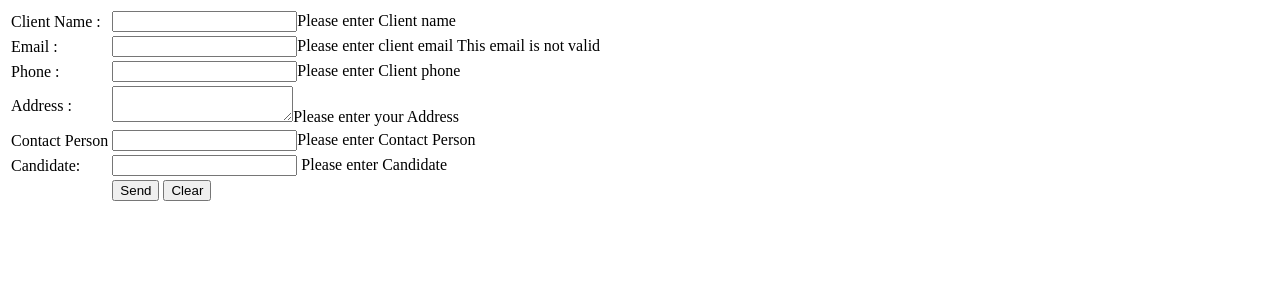
Repository: sosam29/CandidateTracking
Page: http://localhost/SimpleCandidateTrackingApp/addsubmission.jsp
These files come from the project's save history. The page is drawn as it stood at one moment and after the next save; the edit follows.
The browser window is 1280 px wide. The pictures show the whole page.
Some web libraries are served in a nearby version. The page is served by Tomcat 9. Other server files are loaded and not shown.

Above is the page before, as saved 2014-08-04 11:15:13.
Console error: SyntaxError: Unexpected token ')'

### SimpleCandidateTrackingApp/WebContent/addsubmission.jsp
<%@ page language="java" contentType="text/html; charset=UTF-8"
    pageEncoding="UTF-8"%>
<!DOCTYPE html PUBLIC "-//W3C//DTD HTML 4.01 Transitional//EN" "http://www.w3.org/TR/html4/loose.dtd">
<html>
<head>
<meta http-equiv="Content-Type" content="text/html; charset=UTF-8">
<title>Add Communication</title>
<script src="http://ajax.googleapis.com/ajax/libs/jquery/1.11.1/jquery.min.js"></script>
<script>
    $(document).ready(function() {
      $('.form_error').hide();
      $('#submit').click(function(){
           var name = $('#name').val();
           var email = $('#email').val();
           var phone = $('#phone').val();
           var candidate = $('#candidate').val();
           //var message = $('#message').val();
           if(name== ''){
              $('#name').next().show();
              return false;
            }
            if(email== ''){
               $('#email').next().show();
               return false;
            }
            if(IsEmail(email)==false){
                $('#invalid_email').show();
                return false;
            }
            if(candidate== ''){
                $('#candidate').next().show();
                return false;

            /*  if(phone== ''){
                $('#phone').next().show();
                return false;
            }
           if(message== ''){
                $('#message').next().show();
                return false;
            } */
            //ajax call php page
            $.post("savesubmission.jsp", $("#AddSubmission").serialize(),  function(response) {
            $('#AddSubmission').fadeOut('slow',function(){
            	//TODO: Comment this alert in production
            	alert('Data saved');
                /* $('#success').html('<b>candidate info saved.</d>');
                $('#success').fadeIn('slow'); */
            	$('#AddSubmission').each(function(){
                    this.reset();   //Here form fields will be cleared.
                });
            	$('#AddSubmission').fadeIn('fast');
               });

             });
             return false;
          });
      });
      function IsEmail(email) {
        var regex = /^([a-zA-Z0-9_\.\-\+])+\@(([a-zA-Z0-9\-])+\.)+([a-zA-Z0-9]{2,4})+$/;
        if(!regex.test(email)) {
           return false;
        }else{
        	 return true;
        }
      }
      </script>
</head>
<body>
	<form action="" method="post" id="AddSubmission">
		<table class="client-table">
			<tr>
				<td><label for="txtclientname">Client Name :</label></td>
				<td class="name"><input name="txtname" id="name" type="text"
					class="client-input"><span class="form_error">Please
						enter Client name</span></td>
			</tr>
			<tr>
				<td><label for="txtclientemail">Email :</label></td>
				<td class="email"><input name="txtclientemail" id="email"
					type="text" class="client-input"><span class="form_error">Please
						enter client email</span> <span class="form_error" id="invalid_email">This
						email is not valid</span></td>
			</tr>
			<tr>
				<td><label for="txtclientphone">Phone :</label></td>
				<td class="phone"><input name="txtclientphone" id="phone"
					type="text" class="client-input"><span class="form_error">Please
						enter Client phone</span></td>
			</tr>
			<tr>
				<td><label for="txtclientaddress">Address :</label></td>
				<td class="message"><textarea name="txtclientaddress"
						id="address" class="client-input"></textarea><span
					class="form_error">Please enter your Address</span></td>
			</tr>
			<!-- <tr>
				<td><label for="txtclientaddress2">Address2 :</label></td>
				<td class="message"><textarea name="txtclientaddress2"
						id="address2" class="client-input"></textarea><span
					class="form_error">Please enter your Address2</span></td>
			</tr>

			<tr>
				<td><label for="txtclientcity">City:</label></td>
				<td class="message"><textarea name="txtclientcity" id="city"
						class="client-input"></textarea><span class="form_error">Please
						enter your City</span></td>
			</tr>
			<tr>
				<td><label for="txtclientstate">State :</label></td>
				<td class="message"><textarea name="txtclientstate" id="state"
						class="client-input"></textarea><span class="form_error">Please
						enter your Address</span></td>
			</tr>
			<tr>
				<td><label for="txtclientzip">Zip :</label></td>
				<td class="txtclientzip"><input name="txtclientzip" id="zip"
					type="text" class="client-input"><span class="form_error">Please
						enter zip</span></td>
			</tr> -->
			<tr>
				<td><label for="txtclientcontact">Contact Person</label></td>
				<td class="txtclientcontact"><input name="txtclientcontact"
					id="clientcontact" type="text" class="client-input"><span
					class="form_error">Please enter Contact Person</span></td>
			</tr>
			<tr>
				<td><label for="candidateselection">Candidate:</label></td>
				<td class="selcandidate"><input name="txtcandidate"
				id="candidate" type="text" class="client-input">
				<span class="form_error">Please enter Candidate</span></td>
			</tr>
				<td></td>
				<td><input type="submit" class="clientform-buttons" id="submit"
					value="Send" /> <input type="reset" class="clientform-buttons"
					id="" value="Clear" /></td>
			</tr>
		</table>
	</form>
</body>
</html>

After the next save:
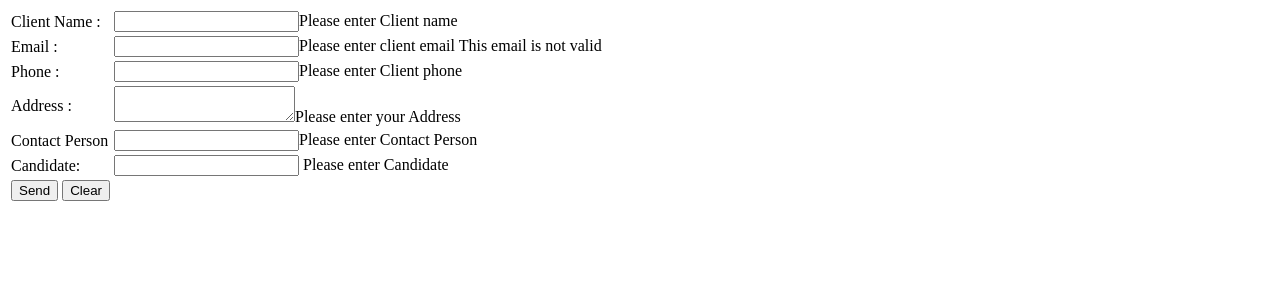
Saved 4 min 51 s later.
--- a/SimpleCandidateTrackingApp/WebContent/addsubmission.jsp
+++ b/SimpleCandidateTrackingApp/WebContent/addsubmission.jsp
@@ -131,7 +131,7 @@
 				id="candidate" type="text" class="client-input">
 				<span class="form_error">Please enter Candidate</span></td>
 			</tr>
-				<td></td>
+			<tr>
 				<td><input type="submit" class="clientform-buttons" id="submit"
 					value="Send" /> <input type="reset" class="clientform-buttons"
 					id="" value="Clear" /></td>
